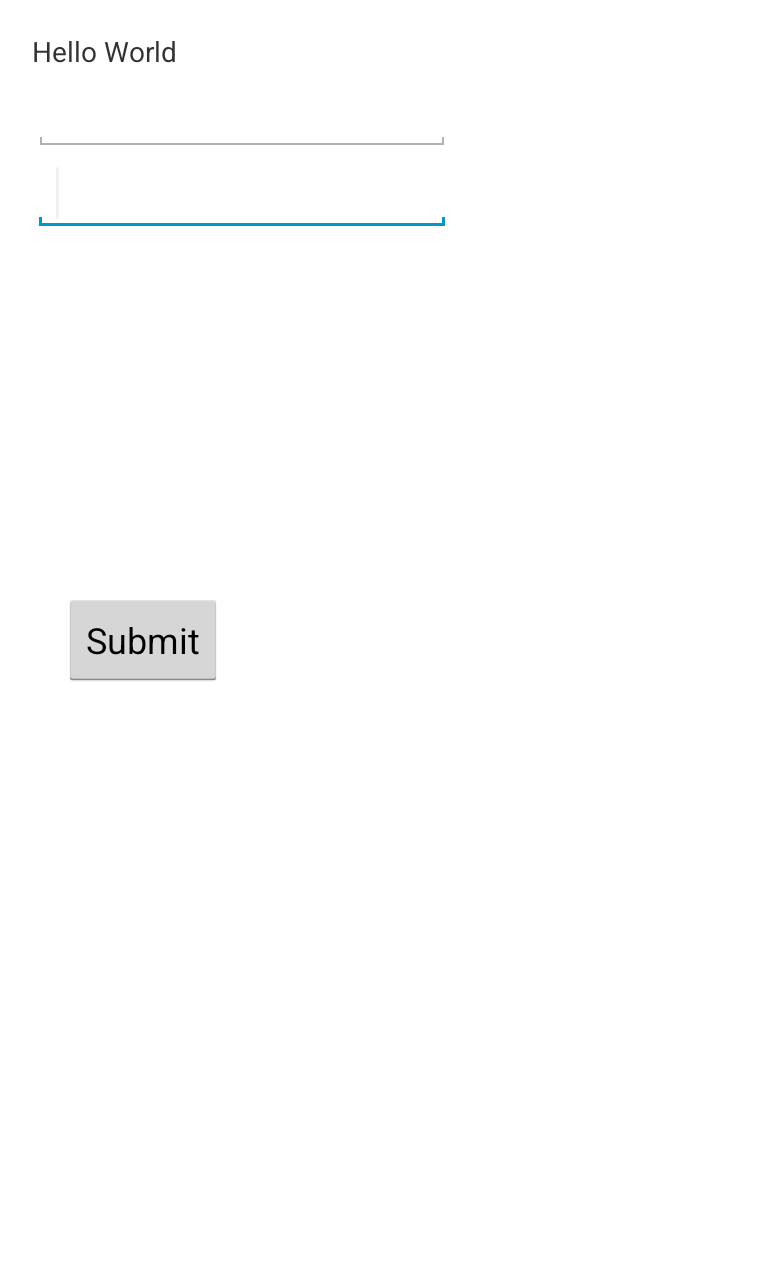
Repository: sbobra/women-startupweekend-sf
Layout: LaundryList/res/layout/activity_login.xml
These files come from the project's save history. The layout is drawn as it stood at one moment and after a run of saves; the edit follows.
It is drawn on a 768 x 1280 px phone screen (xhdpi) without system bars, with theme AppTheme; the app's code is not run.

Above is the layout before, as saved 2013-09-14 20:32:53.

After the next 6 saves:
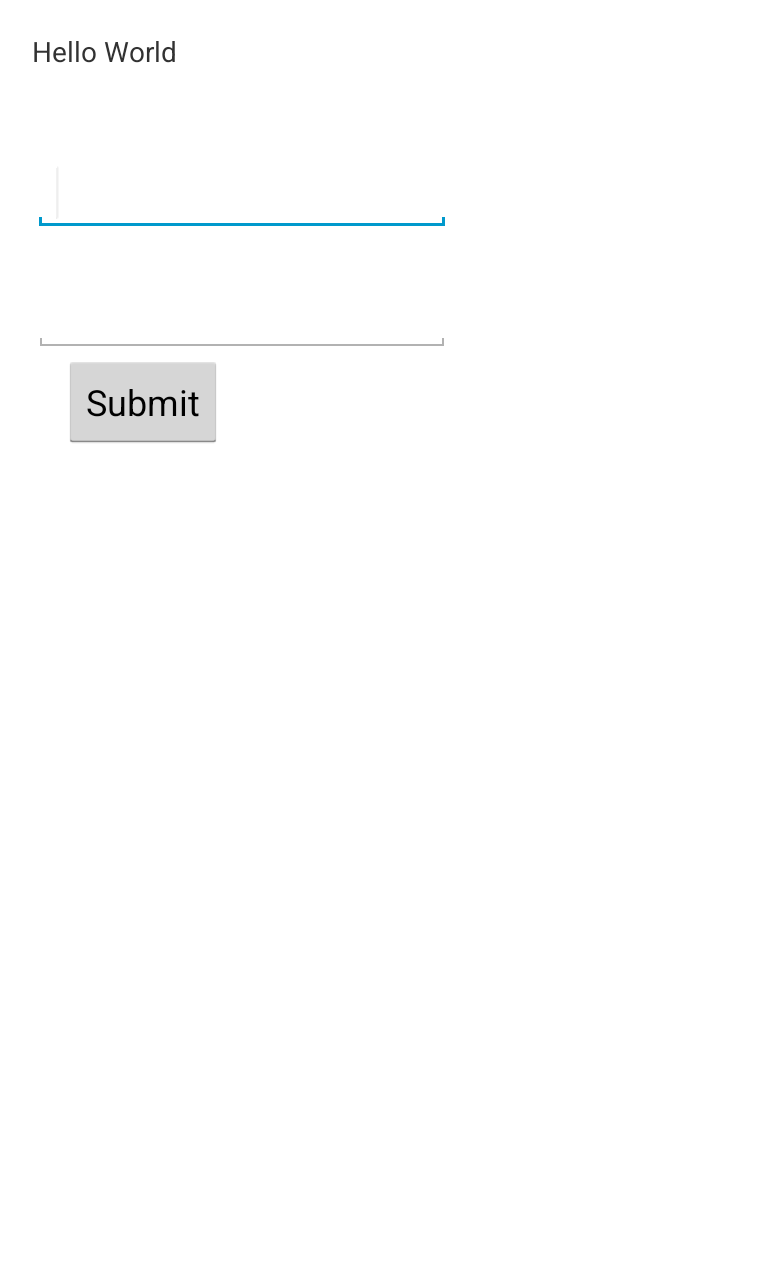
The 6 saves are shown as one change because 4 did not build or start and some came seconds apart.
The last was saved 89 s later.
--- a/LaundryList/res/layout/activity_login.xml
+++ b/LaundryList/res/layout/activity_login.xml
@@ -1,4 +1,4 @@
-<RelativeLayout xmlns:android="http://schemas.android.com/apk/res/android"
+<LinearLayout xmlns:android="http://schemas.android.com/apk/res/android"
     xmlns:tools="http://schemas.android.com/tools"
     android:layout_width="match_parent"
     android:layout_height="match_parent"
@@ -6,6 +6,7 @@
     android:paddingLeft="@dimen/activity_horizontal_margin"
     android:paddingRight="@dimen/activity_horizontal_margin"
     android:paddingTop="@dimen/activity_vertical_margin"
+    android:orientation="vertical"
     tools:context=".LoginActivity" >
 
     <TextView
@@ -18,8 +19,6 @@
         android:id="@+id/usernameTextBox"
         android:layout_width="wrap_content"
         android:layout_height="wrap_content"
-        android:layout_alignLeft="@+id/textView1"
-        android:layout_below="@+id/textView1"
         android:layout_marginTop="42dp"
         android:ems="10"
         android:inputType="textEmailAddress" >
@@ -31,8 +30,6 @@
         android:id="@+id/passwordTextBox"
         android:layout_width="wrap_content"
         android:layout_height="wrap_content"
-        android:layout_alignLeft="@+id/editText1"
-        android:layout_below="@+id/editText1"
         android:layout_marginTop="21dp"
         android:ems="10"
         android:inputType="textPassword" />
@@ -41,9 +38,7 @@
         android:id="@+id/loginButton"
         android:layout_width="wrap_content"
         android:layout_height="wrap_content"
-        android:layout_alignLeft="@+id/editText2"
-        android:layout_centerVertical="true"
         android:layout_marginLeft="15dp"
         android:text="Submit" />
 
-</RelativeLayout>
+</LinearLayout>
